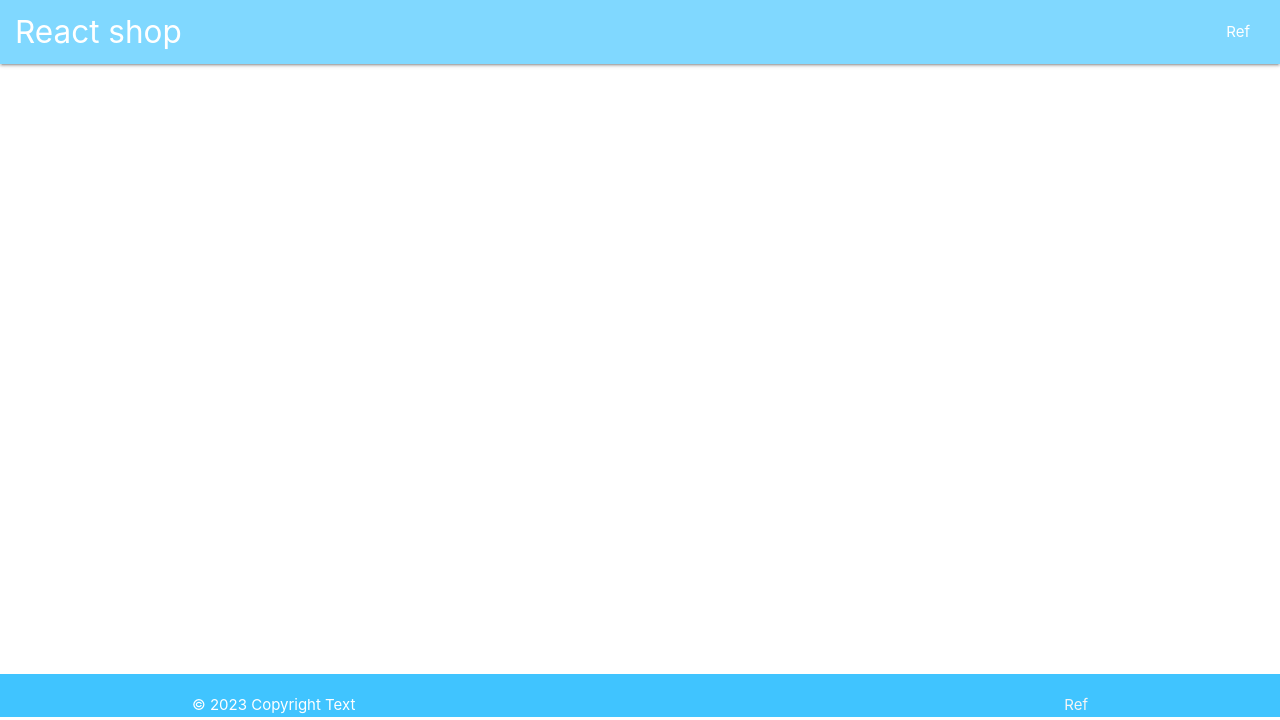
Repository: qui-qui-qui/react-recipe
Page: /
These files come from the project's save history. The page is drawn as it stood at one moment and after a run of saves; the edit follows.
The browser window is 1280 px wide. The pictures show the whole page.
The project was rebuilt for these pictures with package versions that can differ from the ones it lists, and the page was loaded fresh each time. Also part of the build but not shown: src/pages/About.jsx, src/pages/Contact.jsx.

Above is the page before, as saved 2023-01-09 15:02:21.

### public/index.html
<!DOCTYPE html>
<html lang="en">
  <head>
    <meta charset="utf-8" />
    <link rel="icon" href="%PUBLIC_URL%/favicon.ico" />
    <meta name="viewport" content="width=device-width, initial-scale=1" />
    <meta name="theme-color" content="#000000" />
    <meta
      name="spa app"
      content="spa using routing"
    />
    <link rel="apple-touch-icon" href="%PUBLIC_URL%/logo192.png" />
    <link rel="manifest" href="%PUBLIC_URL%/manifest.json" />
    <title>SPA</title>
    <link rel="stylesheet" href="https://cdnjs.cloudflare.com/ajax/libs/materialize/1.0.0/css/materialize.min.css">
  </head>
  <body>
    <noscript>You need to enable JavaScript to run this app.</noscript>
    <div id="root"></div>
  </body>
</html>

### src/index.css
body {
  margin: 0;
  font-family: -apple-system, BlinkMacSystemFont, 'Segoe UI', 'Roboto', 'Oxygen',
    'Ubuntu', 'Cantarell', 'Fira Sans', 'Droid Sans', 'Helvetica Neue',
    sans-serif;
  -webkit-font-smoothing: antialiased;
  -moz-osx-font-smoothing: grayscale;
}

nav {
  padding: 0 1rem;
}

.content {
  min-height: calc(100vh - 70px - 40px);
  padding: 1.5rem 0;
}

### src/App.js
import { BrowserRouter as Router, Routes, Route, Switch } from "react-router-dom";
import { Header } from "./components/Header";
import { Footer } from "./components/Footer";

import { Home } from "./pages/Home";
import { About } from "./pages/About";
import { Contact } from "./pages/Contact";

function App() {
  return (
    <>
      <Header />
      <main className="container content">
        <Router>
          <Routes>
            <Route path="/" element={<Home />} />
            <Route path="/about" element={<About />} />
            <Route path="/contacts" element={<Contact />} />
          </Routes>
        </Router>
      </main>
      <Footer />
    </>
  );
}

export default App;

### src/components/Header.jsx
function Header() {
    return <nav className="light-blue accent-1">
      <div className="nav-wrapper">
        <a href="!#" className="brand-logo left">React shop</a>
        <ul id="nav-mobile" className="right">
          <li><a href="!#">Ref</a></li>
        </ul>
      </div>
  </nav>
}

export {Header}

### src/components/Footer.jsx
function Footer() {
    return <footer className="page-footer light-blue accent-2">
      <div className="container">
      © {new Date().getFullYear()} Copyright Text
      <a className="grey-text text-lighten-4 right" href="#!">Ref</a>
      </div>
  </footer>
}

export {Footer}

### src/pages/Home.jsx
function Home() {
    <h1>Hello from home</h1>
}

export {Home};

Loaded but not shown: src/index.js (common file)

After the next 2 saves:
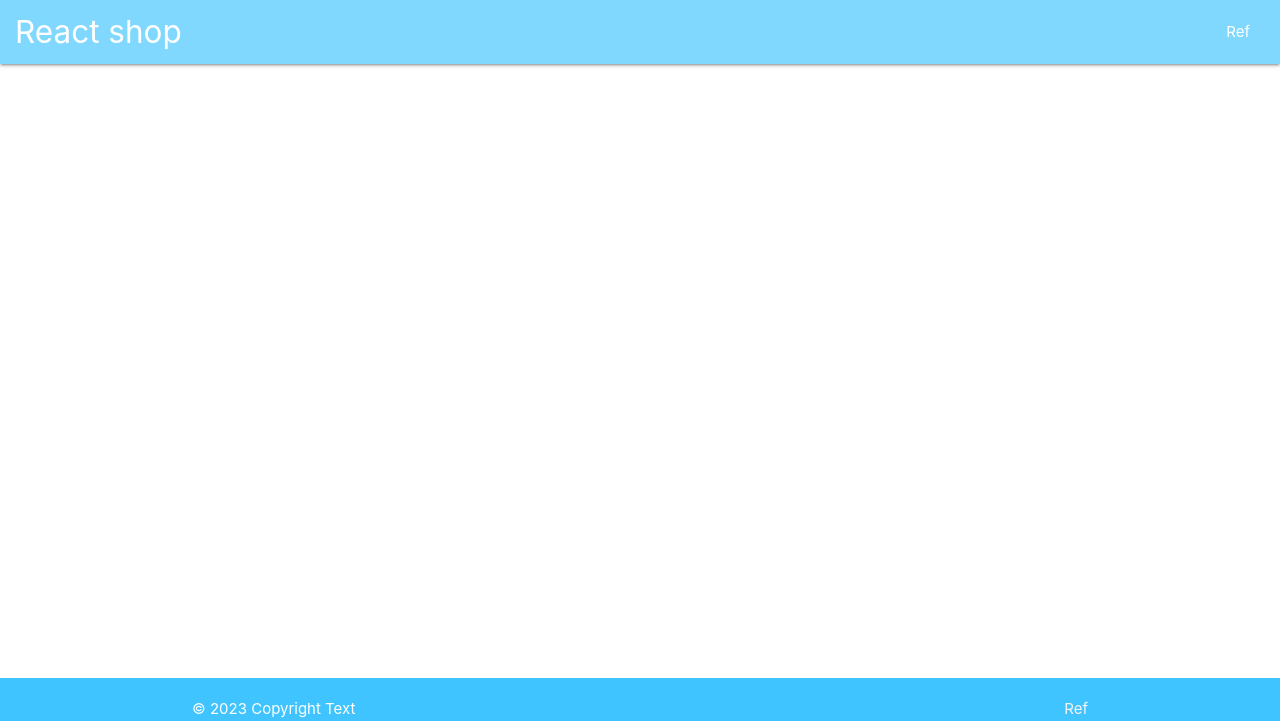
The 2 saves are shown as one change because they came seconds apart.
The last was saved 6 s later.
--- a/src/index.css
+++ b/src/index.css
@@ -12,6 +12,6 @@ nav {
 }
 
 .content {
-  min-height: calc(100vh - 70px - 40px);
+  min-height: calc(100vh - 70px - 36px);
   padding: 1.5rem 0;
 }
